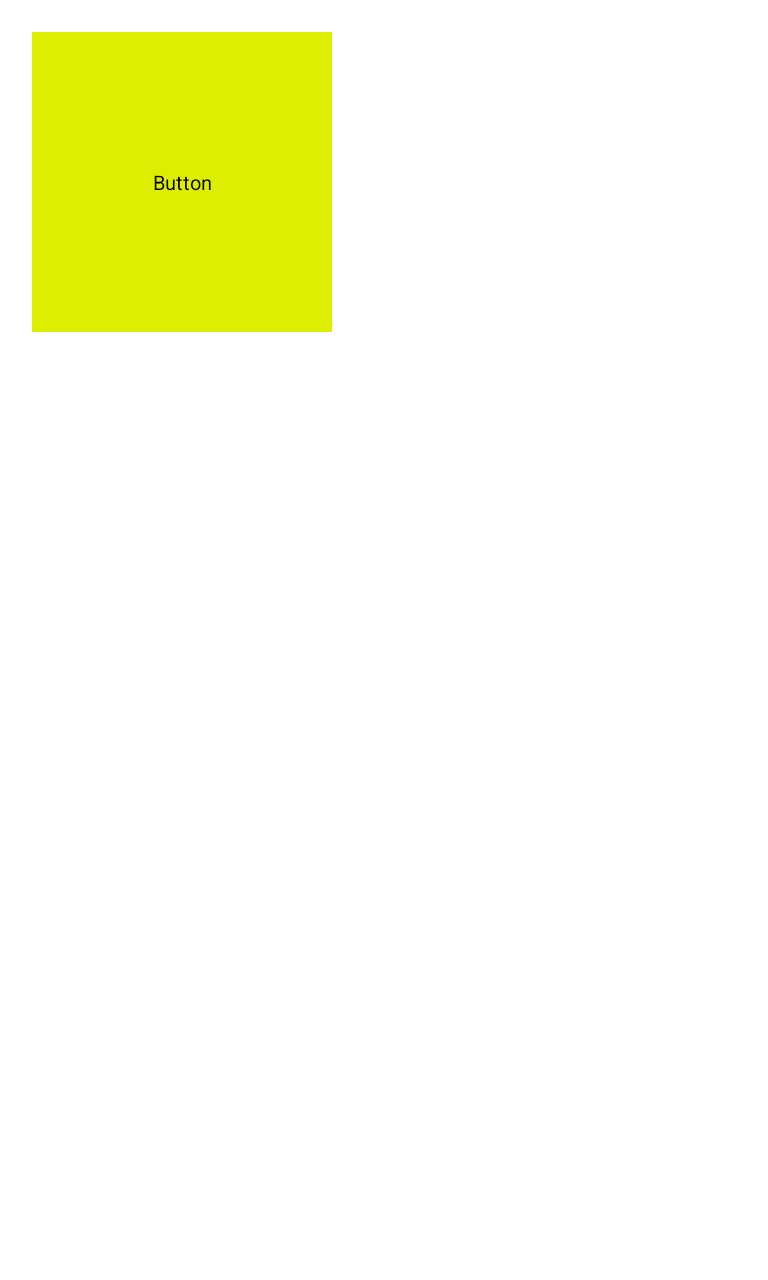
Repository: MadhuHS/JECM3
Layout: Layouts/res/layout/activity_main.xml
An editor plug-in stored every save of this project. The layout is shown before and after the next save, followed by the edit.
It is drawn on a 768 x 1280 px phone screen (xhdpi) without system bars, with theme AppTheme; the app's code is not run.

Above is the layout before, as saved 2015-11-25 03:47:43.

### Layouts/res/layout/activity_main.xml
<RelativeLayout xmlns:android="http://schemas.android.com/apk/res/android"
    xmlns:tools="http://schemas.android.com/tools"
    android:layout_width="match_parent"
    android:layout_height="match_parent"
    android:paddingBottom="@dimen/activity_vertical_margin"
    android:paddingLeft="@dimen/activity_horizontal_margin"
    android:paddingRight="@dimen/activity_horizontal_margin"
    android:paddingTop="@dimen/activity_vertical_margin"
    tools:context=".MainActivity" >

    <Button
        android:id="@+id/button1"
        android:layout_width="150dp"
        android:layout_height="150dp"
        android:layout_alignParentLeft="true"
        android:layout_alignParentTop="true"
        android:background="#DDEE00"
        android:textSize="10dp"
        android:text="Button" />

</RelativeLayout>

Loaded but not shown: Layouts/res/values/styles.xml (common file); Layouts/res/values-v11/styles.xml (common file); Layouts/res/values-v14/styles.xml (common file); Layouts/res/values/dimens.xml (common file)

After the next save:
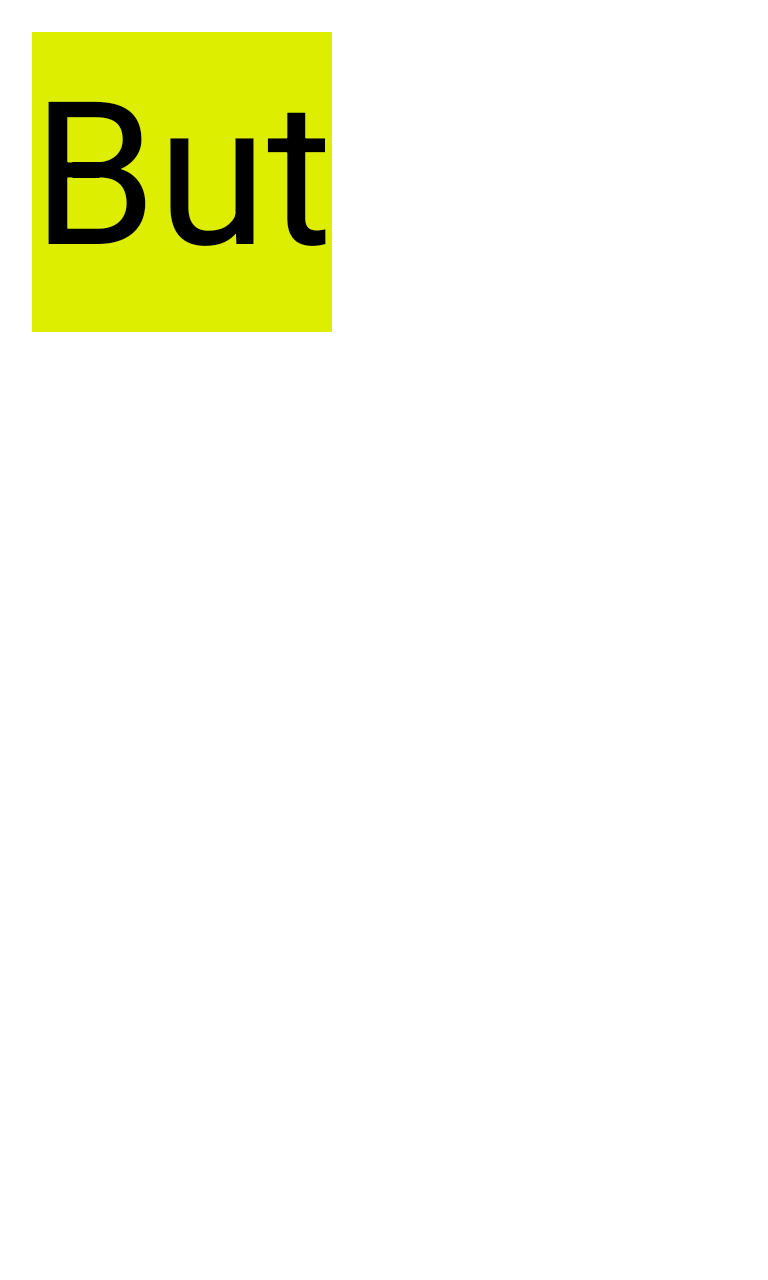
Saved 9 s later.
--- a/Layouts/res/layout/activity_main.xml
+++ b/Layouts/res/layout/activity_main.xml
@@ -15,7 +15,7 @@
         android:layout_alignParentLeft="true"
         android:layout_alignParentTop="true"
         android:background="#DDEE00"
-        android:textSize="10dp"
+        android:textSize="100dp"
         android:text="Button" />
 
 </RelativeLayout>
